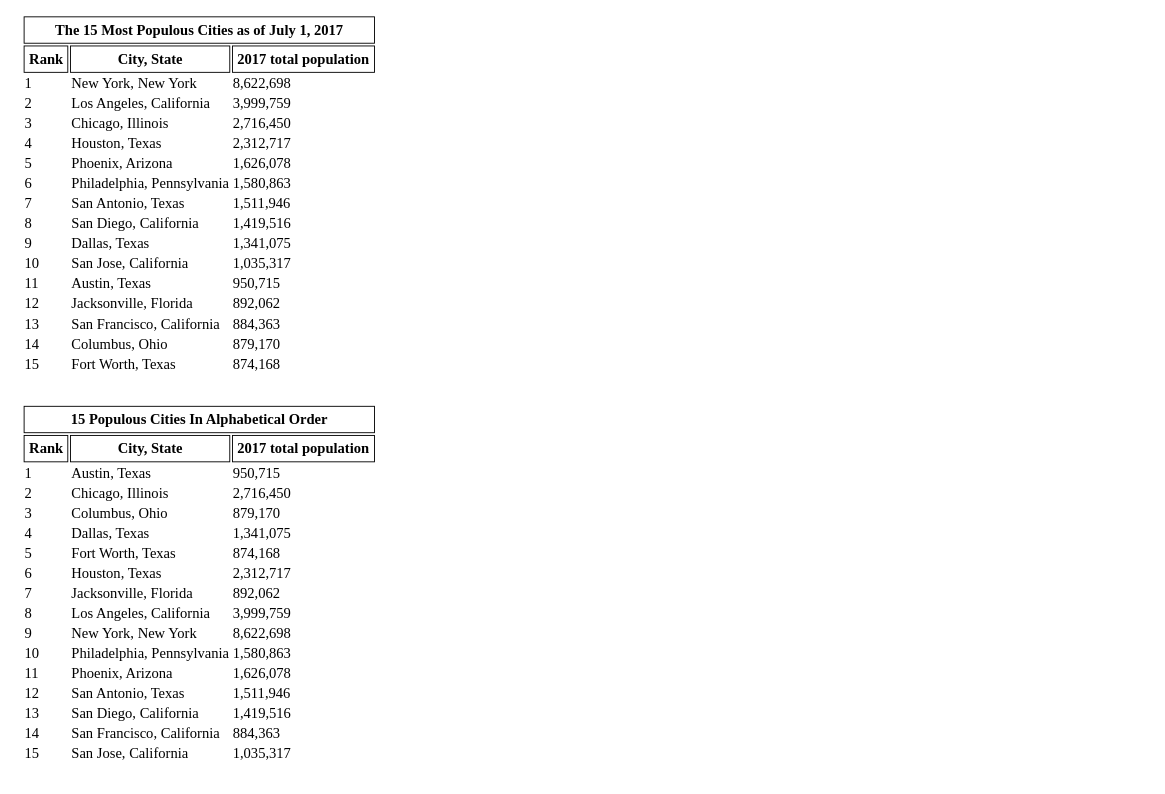
Repository: developergrace/cosw30
Page: http://localhost/homework/homework4/population.php
The author's editor kept a record of every edit. The page is drawn from the files as they stood at one moment, then again after the next edit.
The browser window is 1280 px wide. The pictures show the whole page, at 91% of full size.
The page is run by PHP 8.4 with error messages shown; the project is at /var/www/html/.

Above is the page before.

After the next edit:
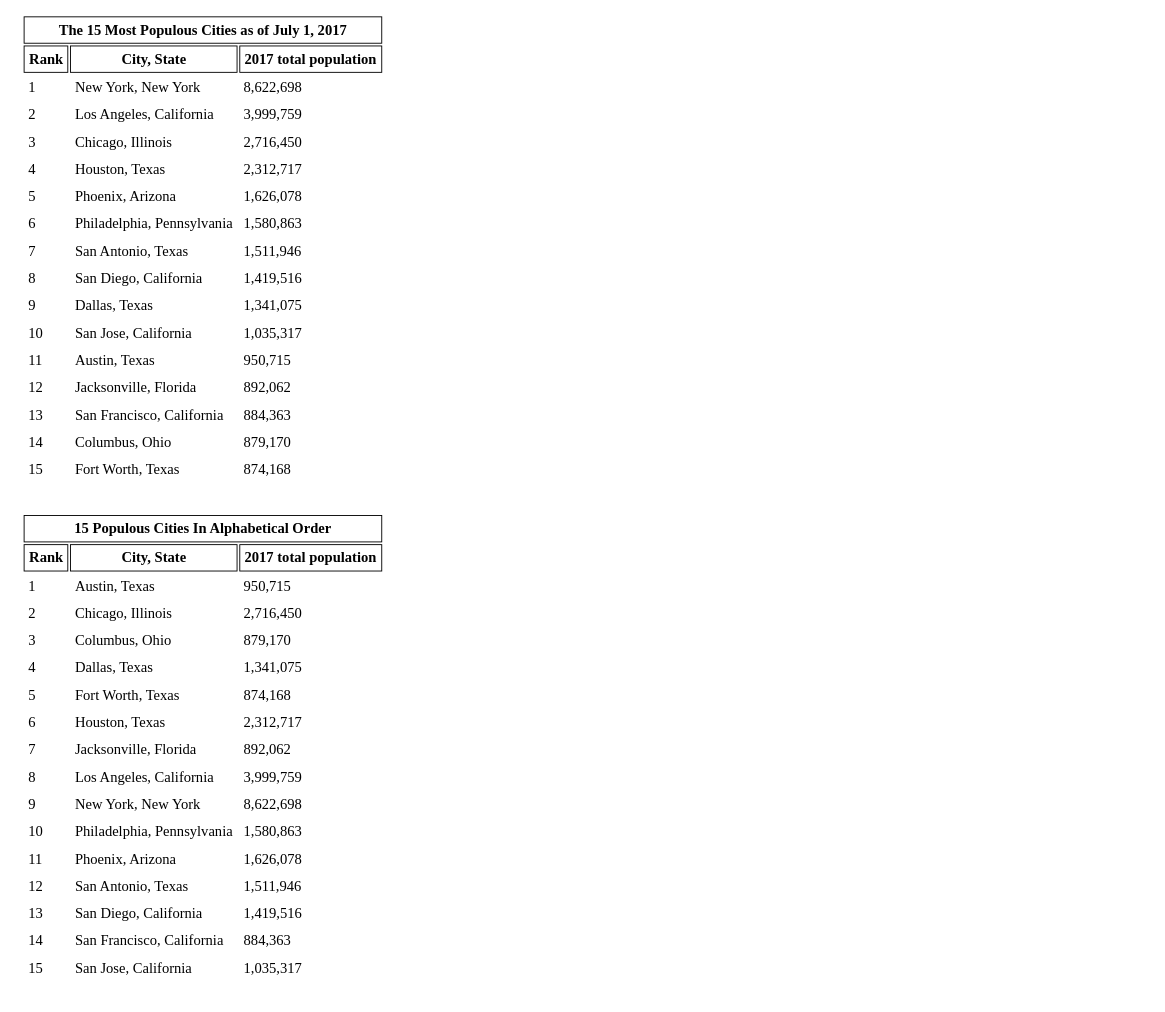
The edit:
--- a/homework/homework4/population.php
+++ b/homework/homework4/population.php
@@ -12,6 +12,10 @@
 
         th, tr {
             border: 1px solid black;
+            padding: 5px;
+        }
+
+        td {
             padding: 5px;
         }
     </style>
